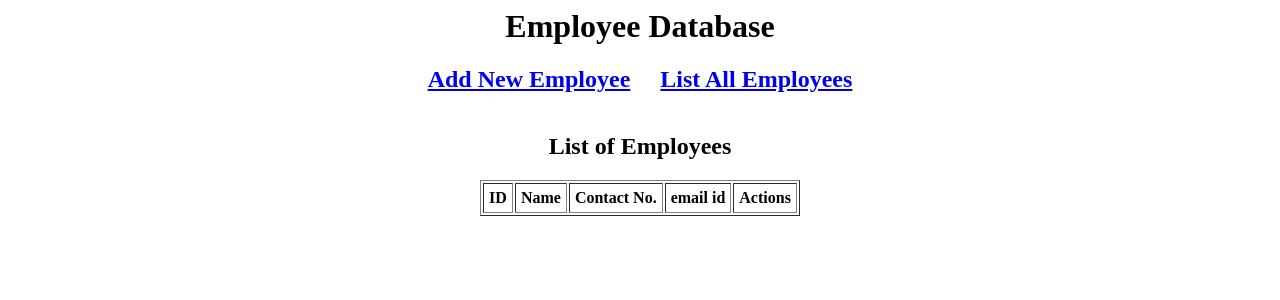
Repository: balu-sadanandan/demoProject
Page: http://localhost/emp_database/index.jsp
The author's editor kept a copy of each file at every save. The page is drawn from the files as they stood at one save, then again after the next save.
The browser window is 1280 px wide. The pictures show the whole page.
The page is served by Tomcat 9. The template is opened directly, without the code that normally fills it, so the values that code supplies are empty.

Above is the page before, as saved 2017-09-06 10:57:24.

After the next save:
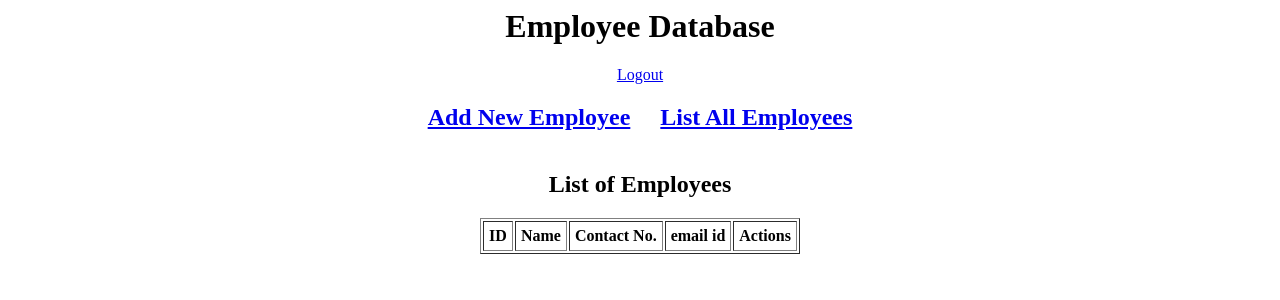
Saved 2 min 16 s later.
--- a/emp_database/WebContent/index.jsp
+++ b/emp_database/WebContent/index.jsp
@@ -8,6 +8,7 @@
 <body>
     <center>
         <h1>Employee Database</h1>
+        <a href="logout">Logout</a>
         <h2>
             <a href="new">Add New Employee</a>
             &nbsp;&nbsp;&nbsp;
